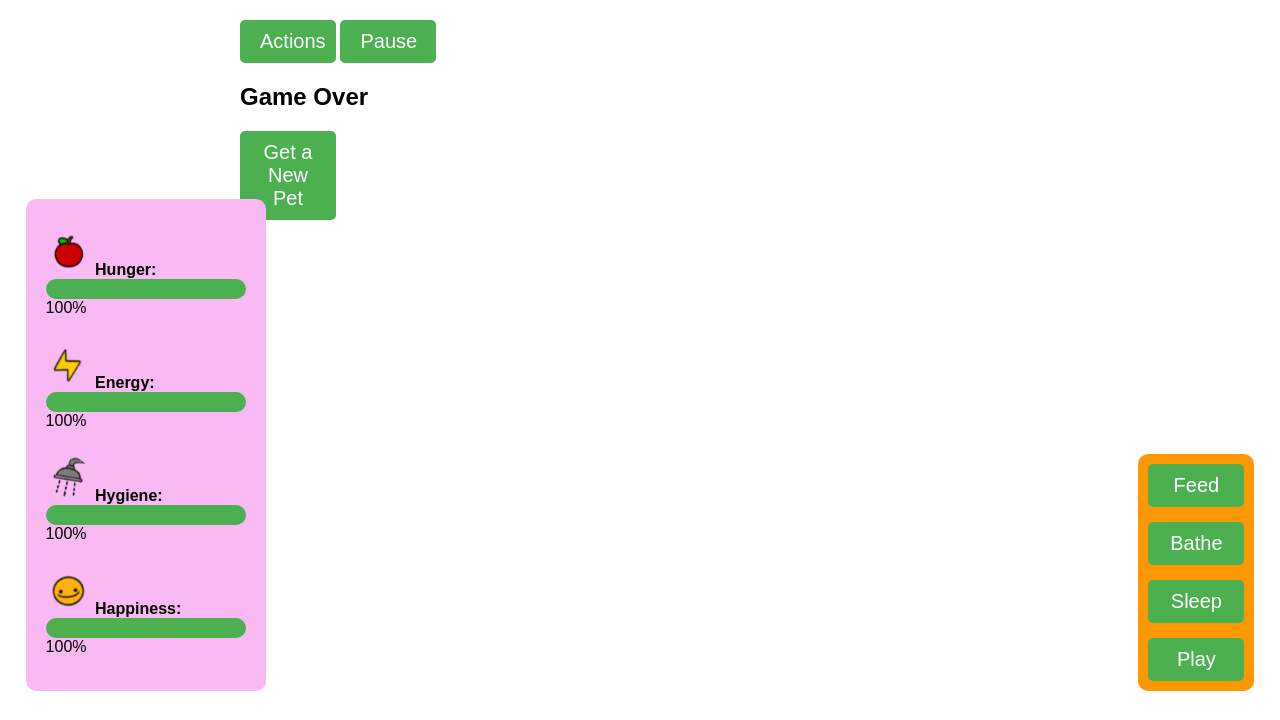
Repository: sarahjx/CapyCare
Page: html/index.html
The author's editor kept a copy of each file at every save. The page is drawn from the files as they stood at one save, then again after the next save.
The browser window is 1280 px wide. The pictures show the whole page.
Some web fonts or font styles are not loaded; a fallback is used.

Above is the page before, as saved 2025-04-30 18:05:45.

After the next save:
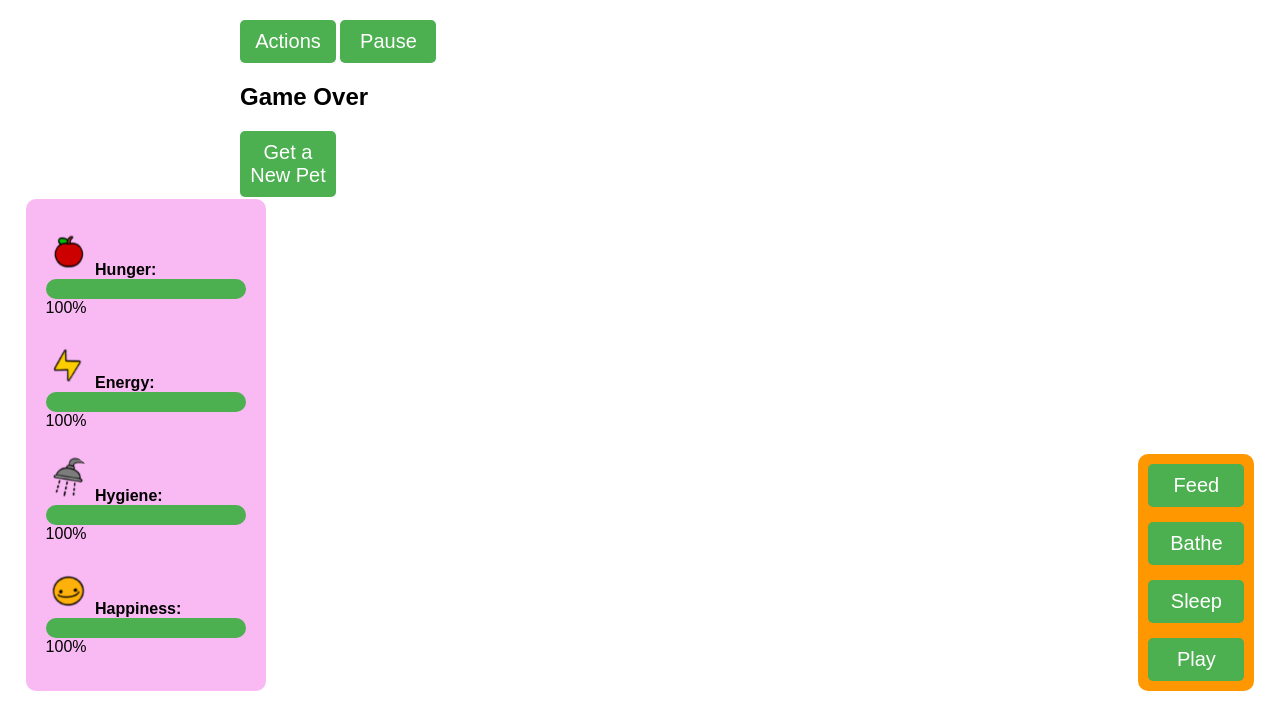
Saved 8 s later.
--- a/css/statusbar.css
+++ b/css/statusbar.css
@@ -79,7 +79,7 @@ body {
 
 
 button {
-  padding: 10px 20px;
+  padding: 10px 10px;
   border: none;
   border-radius: 5px;
   background-color: #4caf50;
